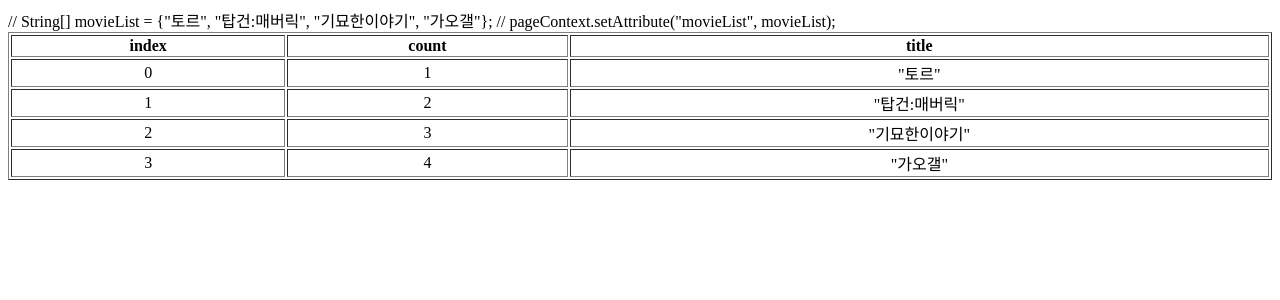
Repository: uhhuhhmm/JSP-Servlet-Class
Page: http://localhost/web03/movieList362.jsp
These files come from the project's save history. The page is drawn as it stood at one moment and after the next save; the edit follows.
The browser window is 1280 px wide. The pictures show the whole page.
The page is served by Tomcat 9. Other server files are loaded and not shown.

Above is the page before, as saved 2022-07-15 08:38:13.

### web03/WebContent/movieList362.jsp
<%@ page language="java" contentType="text/html; charset=UTF-8"
    pageEncoding="UTF-8"%>
<%@ taglib prefix="c" uri="http://java.sun.com/jsp/jstl/core" %>
<!DOCTYPE html>
<html>
<head>
<meta charset="UTF-8">
<title>Insert title here</title>
</head>
<body>
<%-- 	<% --%>
// 	String[] movieList = {"토르", "탑건:매버릭", "기묘한이야기", "가오갤"};
// 	pageContext.setAttribute("movieList", movieList);
<%-- 	%> --%>
	<c:set var="movieList" value='"토르", "탑건:매버릭", "기묘한이야기", "가오갤"'></c:set>
	<table border="1" style="width:100%; text-align: center;">
	<tr>
		<th> index </th>
		<th> count </th>
		<th> title </th>
	</tr>
	<c:forEach var="movie" items="${movieList }" varStatus="status">
	<tr>
		<td>${status.index }</td>
		<td>${status.count }</td>
		<td>${movie }</td>
	</tr>
	</c:forEach>
	</table>
</body>
</html>

After the next save:
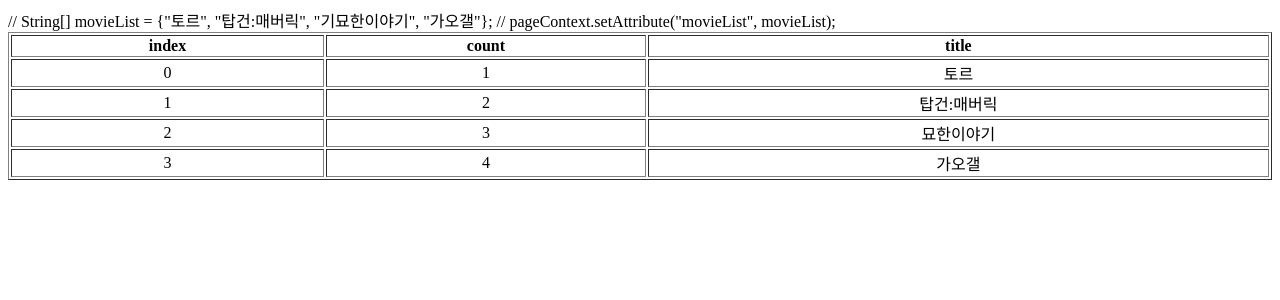
Saved 56 s later.
--- a/web03/WebContent/movieList362.jsp
+++ b/web03/WebContent/movieList362.jsp
@@ -12,7 +12,7 @@
 // 	String[] movieList = {"토르", "탑건:매버릭", "기묘한이야기", "가오갤"};
 // 	pageContext.setAttribute("movieList", movieList);
 <%-- 	%> --%>
-	<c:set var="movieList" value='"토르", "탑건:매버릭", "기묘한이야기", "가오갤"'></c:set>
+	<c:set var="movieList" value="토르, 탑건:매버릭, 묘한이야기, 가오갤"></c:set>
 	<table border="1" style="width:100%; text-align: center;">
 	<tr>
 		<th> index </th>
